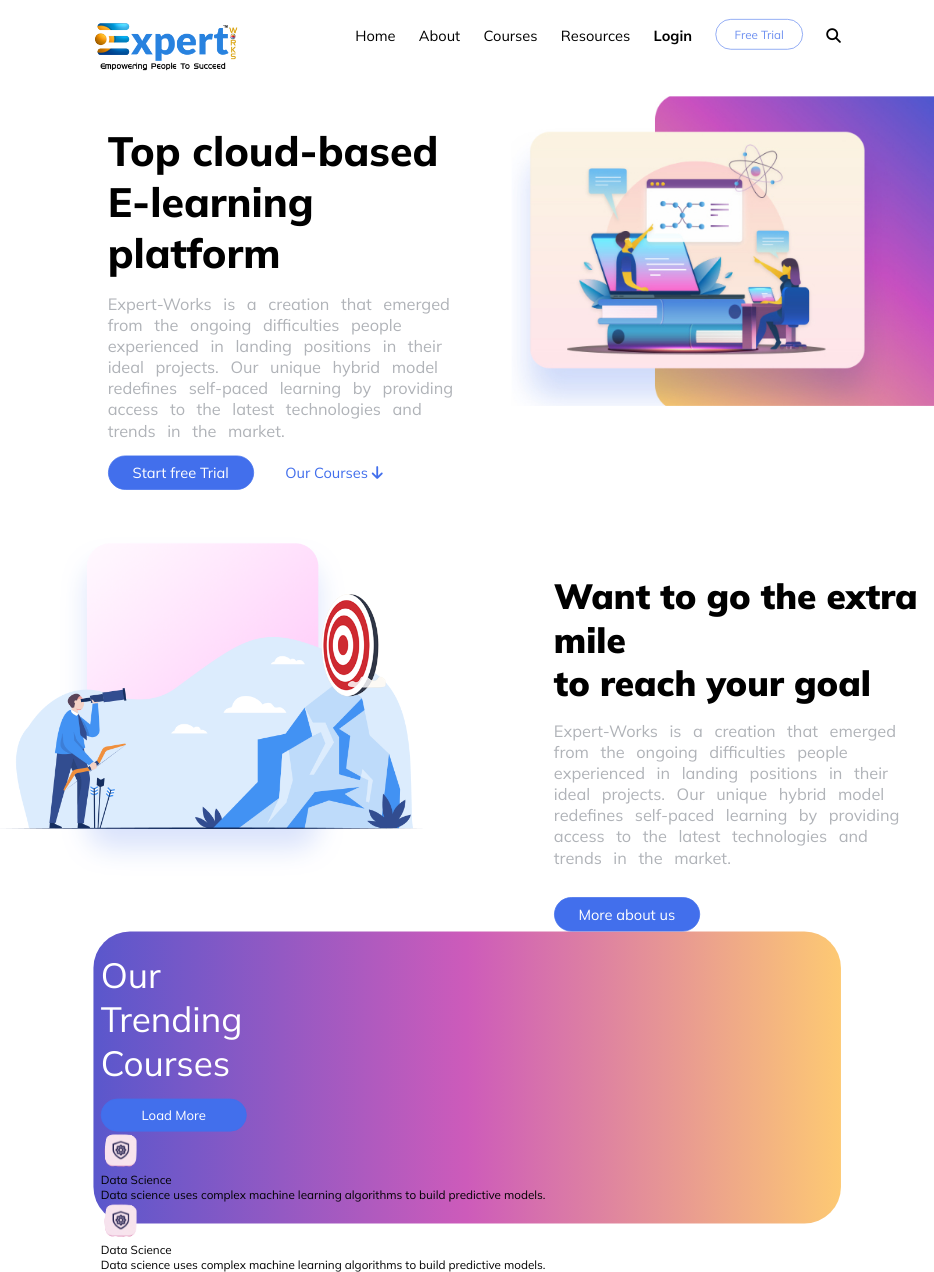
Repository: FlyweisReact/Raghu-B2C
Page: /homePage
These files come from the project's save history. The page is drawn as it stood at one moment and after a run of saves; the edit follows.
The browser window is 1280 px wide. The pictures show the whole page, at 73% of full size.
Some web libraries are served in a nearby version. The project was rebuilt for these pictures with package versions that can differ from the ones it lists, and the page was loaded fresh each time. Also part of the build but not shown: src/Footer/footer.scss, src/Footer/Footer.jsx, src/component/pages/courses/course.scss, src/component/Navbar/nav.scss, src/component/Navbar/Nav.jsx, src/component/navigation/NavItems.js, src/component/navigation/Dropdown.css, src/component/navigation/Dropdown.js and 43 more.

Above is the page before, as saved 2023-02-03 16:05:00.

### public/index.html
<!DOCTYPE html>
<html lang="en">
  <head>
    <meta charset="utf-8" />
    <link rel="icon" href="%PUBLIC_URL%/favicon.ico" />
    <meta name="viewport" content="width=device-width, initial-scale=1" />
    <meta name="theme-color" content="#000000" />
    <meta
      name="description"
      content="Web site created using create-react-app"
    />
    <link rel="apple-touch-icon" href="%PUBLIC_URL%/logo192.png" />
    <link href="https://fonts.googleapis.com/css2?family=Mulish:ital,wght@0,200;0,300;0,400;0,500;0,600;0,700;0,800;0,900;1,200;1,300;1,400;1,500;1,600;1,700;1,800&display=swap" rel="stylesheet">
    <link rel="manifest" href="%PUBLIC_URL%/manifest.json" />
    <title>Educational Web</title>
  </head>
  <body>
    <noscript>You need to enable JavaScript to run this app.</noscript>
    <div id="root"></div>
    <script src="https://kit.fontawesome.com/b533b351e4.js" crossorigin="anonymous"></script>
  </body>
</html>

### src/index.js
/** @format */

import React from "react";
import ReactDOM from "react-dom";
import { BrowserRouter } from "react-router-dom";
import App from "./App";

ReactDOM.render(
  <React.StrictMode>
    <BrowserRouter>
      <App />
    </BrowserRouter>
  </React.StrictMode>,
  document.getElementById("root")
);

### src/App.js
/** @format */

import { Routes, Route } from "react-router-dom";
import "./App.css";
import "./component/common.scss";
import Courses from "./component/pages/courses/Courses";
import Home from "./component/Home";
import Programs from "./component/pages/Programs/Programs";
import Login from "./component/pages/LoginPage/Login";
import CreateAccount from "./component/pages/CreateAccount/CreateAccount";
import UsertakenCourses from "./component/pages/UserTakenCourses/UsertakenCourses";
import ExploreMore from "./component/pages/morecourses/ExploreMore";
import Forgot from "./component/pages/forgotPassword/Forgot";
import OTP from "./component/pages/otp/OTP";
import Reset from "./component/pages/reset/Reset";
import ViewCourses from "./component/pages/viewCourses/ViewCourses";
import SignUpOtp from "./component/pages/signUpOtp/SignUpOtp"
import MyCourse from "./component/pages/Mycourse/MyCourse";
import MyCourseDesc from "./component/pages/Mycourse/MyCourseDesc";
import FreeTrial from "./component/pages/FreeTrial/FreeTrial";
import Subscription from "./component/pages/FreeTrial/Subscription";
import Billing from "./component/pages/FreeTrial/Billing";
import ThankYOu from "./component/pages/FreeTrial/ThankYOu";
import HomePage from "./HomePage";

function App() {
  const user = false;

  return (
    <div className="App">
      <Routes>
        <Route exect path="/" element={<Login />} />
        <Route exect path="/emailVerify" element={<Forgot />} />
        <Route exect path="/otp" element={<OTP />} />
        <Route exect path="/reset" element={<Reset />} />
        <Route exect path="/cources" element={<Courses />} />
        <Route exect path="/viewCourses" element={<ViewCourses />} />
        <Route exect path="/program" element={<Programs />} />
        <Route exect path="/home" element={<Home user={user} />} />
        <Route exect path="/create-acount" element={<CreateAccount />} />
        <Route exect path="/signUpOtp" element={<SignUpOtp />} />
        <Route exect path="/user" element={<UsertakenCourses />} />
        <Route exect path="/explore" element={<ExploreMore />} />
        <Route exect path="/myCourse" element={<MyCourse />} />
        <Route exect path="/myCourse/:id" element={<MyCourseDesc />} />
        <Route  exect path="/trial" element={<FreeTrial />} />
        <Route  exect path="/subscription" element={<Subscription />} />
        <Route  exect path="/billing" element={<Billing />} />
        <Route  exect path="/thank" element={<ThankYOu />} />
        <Route  exect path="/homePage" element={<HomePage />} />





      </Routes>
    </div>
  );
}

export default App;

### src/App.css
*{
  margin: 0;
  padding: 0;
  box-sizing: border-box;
  font-family: 'Mulish', sans-serif;
}
.hello{
  color:#7ABCFF;
color:  #3284D6;
color:  #D1E8FF;

}

### src/component/common.scss
.links{
    text-decoration: none;
    color: #fff;
    overflow-x: hidden;
}

*{
    // overflow-x: hidden;
    scroll-behavior: smooth;
}

### src/HomePage.js
/** @format */

import React from "react";
import "./HomePage.css";
// Images
import img from "./images/logo.png";
import img1 from './images/1st image.png'
import img2 from './images/2nd image.png'
import img3 from './images/Home.png'
import img4 from './images/icon.png'


const HomePage = () => {
  return (
    <>
      <div className="HomeNewnav">
        <div className="left">
          <img src={img} alt="" />
        </div>
        <div className="right">
          <ul>
            <li>Home</li>
            <li>About </li>
            <li>Courses</li>
            <li>Resources</li>
            <li style={{ fontWeight: "bold" }}>Login</li>
            <button>Free Trial</button>
            <li>
              <i class="fa-solid fa-magnifying-glass"></i>
            </li>
          </ul>
        </div>
      </div>

      <div className="mainSecTwo">
        <div className="left">
          <p className="head">
            Top cloud-based <br /> E-learning platform{" "}
          </p>
          <p className="desc">
            Expert-Works is a creation that emerged from the ongoing
            difficulties people experienced in landing positions in their ideal
            projects. Our unique hybrid model redefines self-paced learning by
            providing access to the latest technologies and trends in the
            market.
          </p>
          <div className="btns">
            <button
              style={{
                backgroundColor: "#426fec",
                color: "#fff",
                width: "200px",
                border: "1px solid #426fec",
                fontSize: "20px",
                borderRadius: "50px",
                padding: "10px",
              }}
            >
              Start free Trial
            </button>
            <button
              style={{
                backgroundColor: "#fff",
                color: "#426fec",
                width: "200px",
                border: "none",
                fontSize: "20px",
                borderRadius: "50px",
                padding: "10px",
              }}
            >
              Our Courses <i class="fa-solid fa-arrow-down"></i>
            </button>
          </div>
        </div>
        <div className="right">
          <img
            src={img3}
            alt=""
          />
        </div>
      </div>

      <div className="mainSecTwo2">
        <div className="left">
          <img
            src={img2}
            alt=""
          />
        </div>
        <div className="right">
          <p className="head">
            Want to go the extra mile <br />
            to reach your goal
          </p>
          <p className="desc">
            Expert-Works is a creation that emerged from the ongoing
            difficulties people experienced in landing positions in their ideal
            projects. Our unique hybrid model redefines self-paced learning by
            providing access to the latest technologies and trends in the
            market.
          </p>
          <div className="btns">
            <button
              style={{
                backgroundColor: "#426fec",
                color: "#fff",
                width: "200px",
                border: "1px solid #426fec",
                fontSize: "20px",
                borderRadius: "50px",
                padding: "10px",
              }}
            >
              More about us
            </button>
          </div>
        </div>
      </div>

      <div className="centerMainDiv">
        <div className="left">
          <p className="head">
            Our <br /> Trending <br /> Courses
          </p>{" "}
          <button
            style={{
              backgroundColor: "#426fec",
              color: "#fff",
              width: "200px",
              border: "1px solid #426fec",
              fontSize: "18px",
              borderRadius: "50px",
              padding: "10px",
            }}
          >
           Load More
          </button>
        </div>
        <div className="right">
            <div className="group">
                <div>
                    <img src={img4} alt='' />
                    <p className="head">Data Science</p>
                    <p className="desc">Data science uses complex machine learning algorithms to build predictive models.</p>
                </div>
                <div>
                    <img src={img4} alt='' />
                    <p className="head">Data Science</p>
                    <p className="desc">Data science uses complex machine learning algorithms to build predictive models.</p>
                </div>
            </div>
        </div>
      </div>
    </>
  );
};

export default HomePage;

### src/HomePage.css
/** @format */

.HomeNewnav {
  display: flex;
  justify-content: space-between;
  width: 80%;
  margin-left: 10%;
  margin-top: 2%;
}
.HomeNewnav .left img {
  width: 200px;
}
.HomeNewnav .right ul {
  display: flex;
  gap: 2rem;
}
.HomeNewnav .right ul li {
  list-style: none;
  font-size: 20px;
  margin-top: 10px;
}
.HomeNewnav .right ul button {
  width: 120px;
  font-size: 16px;
  margin-top: 0;
  border: 1px solid #6e90f0;
  color: #6e90f0;
  background-color: #fff;

  padding: 10px;
  border-radius: 50px;
}
.HomeNewnav .right ul li:hover {
  color: #6e90f0;
  cursor: pointer;
}

.mainSecTwo {
  display: flex;
  margin-top: 2%;
  gap: 2rem;
  justify-content: space-between;
}
.mainSecTwo .left {
  width: 50%;
  margin-left: 7%;
  margin-top: 3%;
}
.mainSecTwo .right {
  width: 50%;
}
.mainSecTwo .right img {
  width: 100%;
}
.mainSecTwo .left .head {
  font-size: 3.5rem;
  font-weight: 800;
  margin-left: 10%;
}
.mainSecTwo .left .desc {
  width: 500px;
  word-spacing: 10px;
  font-size: 1.4rem;
  margin-top: 20px;
  margin-left: 10%;
  color: #b0b3b8;
}
.mainSecTwo .left .btns {
  display: flex;
  gap: 10px;
  margin-left: 10%;
  margin-top: 20px;
}

.mainSecTwo2 {
  display: flex;
  margin-top: 5%;
  gap: 2rem;
  justify-content: space-between;
}
.mainSecTwo2 .right {
  width: 50%;
  margin-top: 4%;
  margin-left: 7%;
}
.mainSecTwo2 .left {
  width: 50%;
}
.mainSecTwo2 .left img {
  width: 100%;
}
.mainSecTwo2 .right .head {
  font-size: 3rem;
  font-weight: 900;
  margin-left: 10%;
}
.mainSecTwo2 .right .desc {
  width: 500px;
  word-spacing: 10px;
  font-size: 1.4rem;
  margin-top: 20px;
  margin-left: 10%;
  color: #b0b3b8;
}
.mainSecTwo2 .right .btns {
  display: flex;
  gap: 10px;
  margin-left: 10%;
  margin-top: 40px;
}

.centerMainDiv {
  width: 80%;
  height: 400px;
  background-image: linear-gradient(to right, #5a57cc, #cd5bba, #fdc973);
  margin: auto;
  border-radius: 50px;
  padding: 10px;
}
.centerMainDiv .left {
    margin-top: 2%;
    color: #fff;
    font-size: 3rem;
}

Loaded but not shown: src/component/pages/viewCourses/viewCourses.css (no stored copy; drawn as an empty file)

After the next 3 saves:
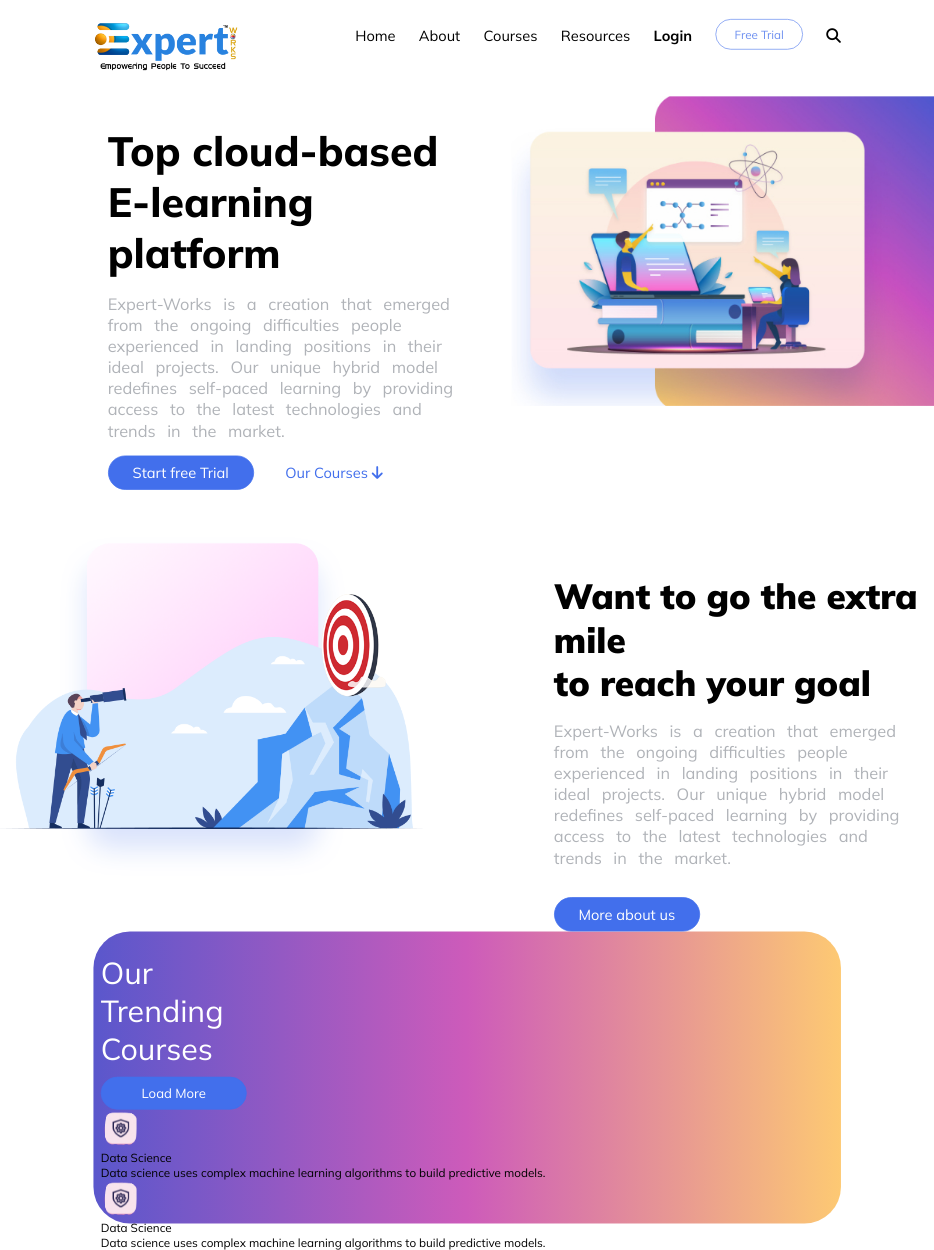
The 3 saves are shown as one change because they came seconds apart.
The last was saved 11 s later.
--- a/src/HomePage.css
+++ b/src/HomePage.css
@@ -120,5 +120,5 @@
 .centerMainDiv .left {
     margin-top: 2%;
     color: #fff;
-    font-size: 3rem;
+    font-size: 2.6rem;
 }
